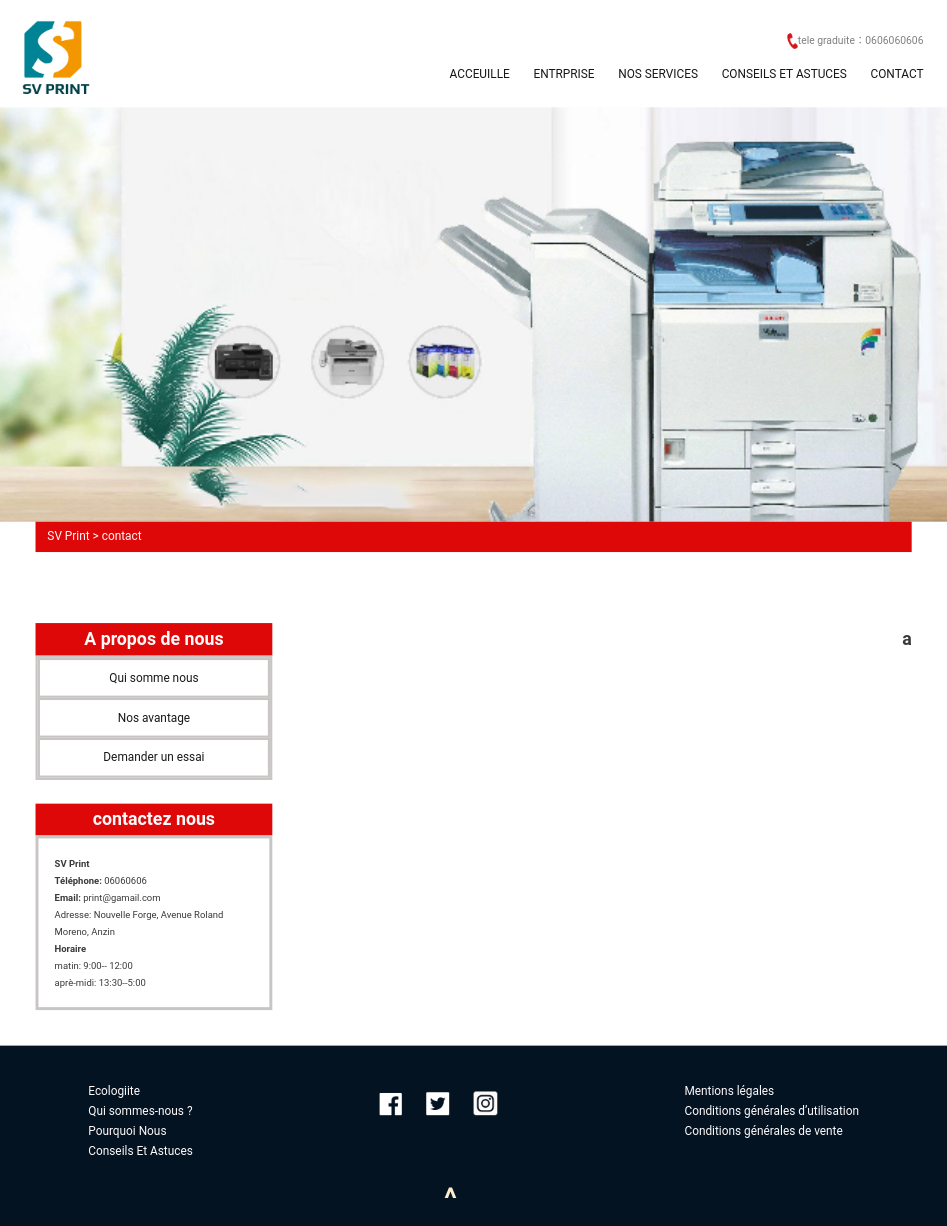
Repository: clairedupuich/sv_print
Page: index.html
An editor plug-in stored every save of this project. The page is shown before and after a run of saves, followed by the edit.
The browser window is 1280 px wide. The pictures show the whole page, at 74% of full size.

Above is the page before, as saved 2020-12-04 00:28:29.
Console error: TypeError: Cannot read properties of null (reading 'appendChild')

After the next 5 saves:
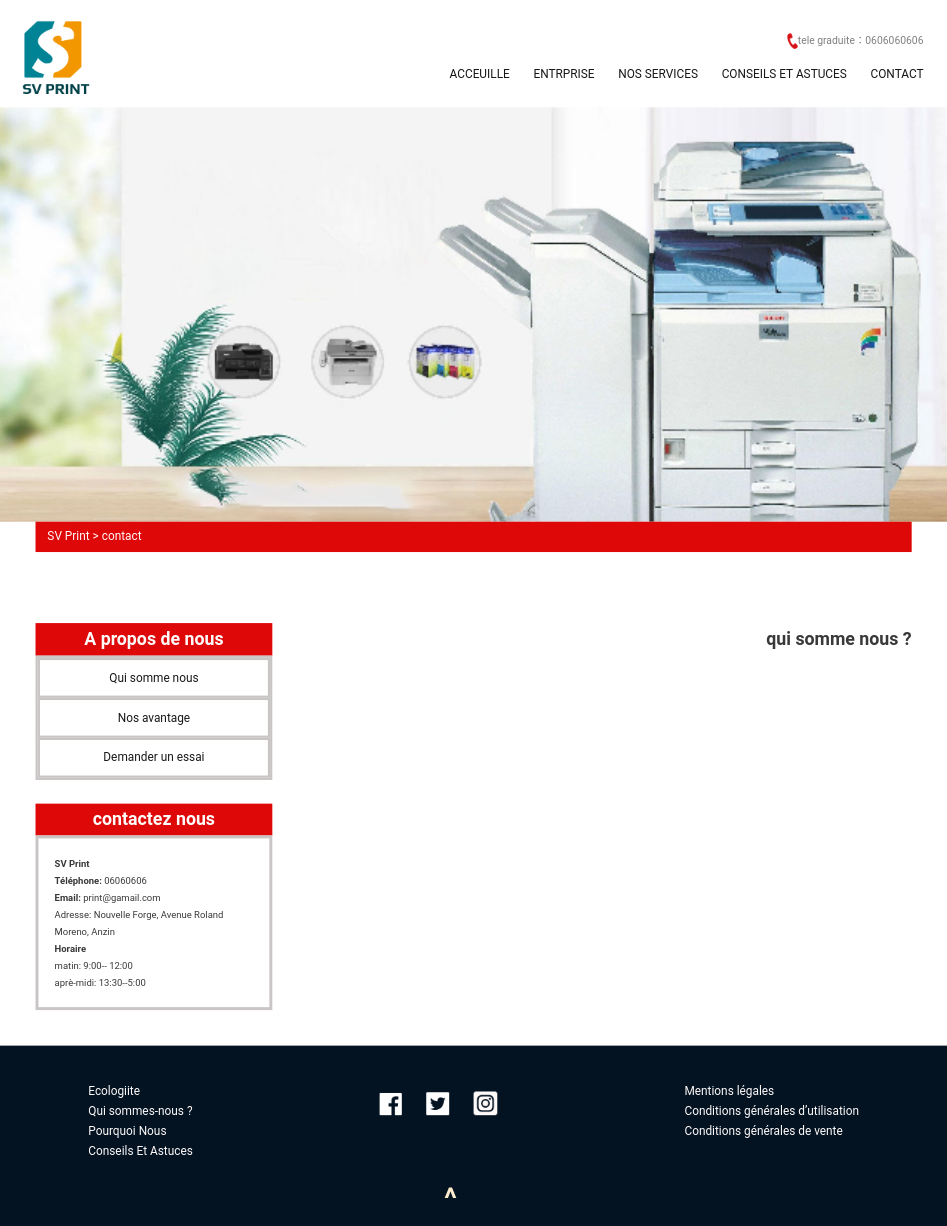
The 5 saves are shown as one change because they came seconds apart.
The last was saved 17 s later.
--- a/index.html
+++ b/index.html
@@ -99,7 +99,8 @@
 
     <div class="right" id="cont">
       <div class="presant">
-        <h3>a</h3>
+        <h3>qui somme nous ?</h3>
+        <p></p>
       </div>
   </div>
 </main>
